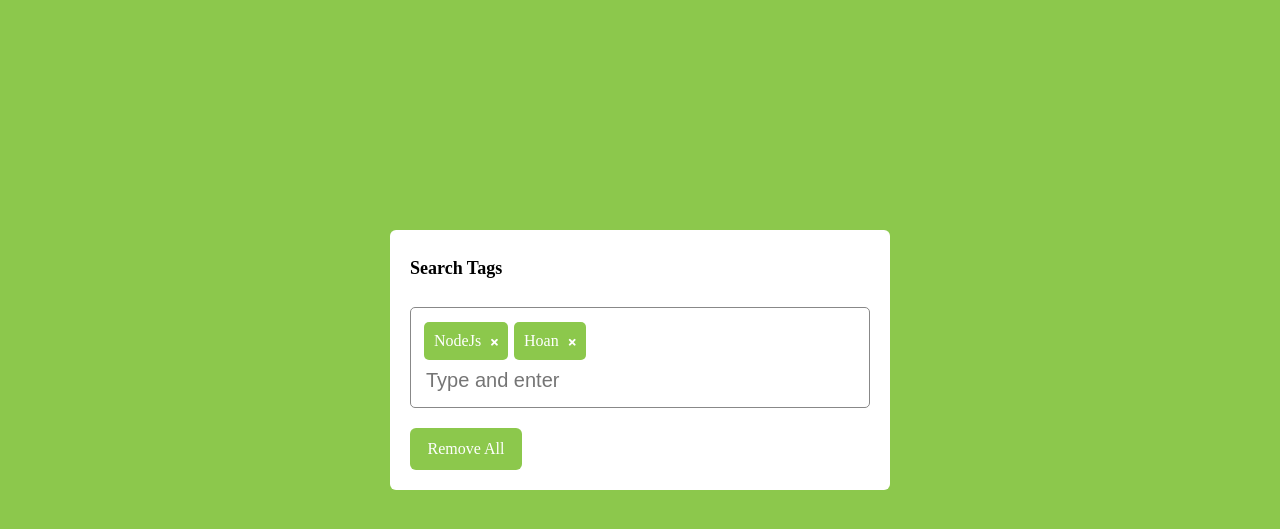
Repository: HoanTiny/30projects-30day
Page: Day 7/index.html
An editor plug-in stored every save of this project. The page is shown before and after the next save, followed by the edit.
The browser window is 1280 px wide. The pictures show the whole page.
Some web libraries are served in a nearby version.

Above is the page before, as saved 2021-12-04 15:21:29.

### Day 7/index.html
<!DOCTYPE html>
<html lang="en">
    <head>
        <meta charset="UTF-8" />
        <meta http-equiv="X-UA-Compatible" content="IE=edge" />
        <meta name="viewport" content="width=device-width, initial-scale=1.0" />
        <title>Day 7 - Search tags</title>
        <link
            rel="stylesheet"
            href="https://use.fontawesome.com/releases/v5.13.0/css/all.css"
            integrity="sha384-Bfad6CLCknfcloXFOyFnlgtENryhrpZCe29RTifKEixXQZ38WheV+i/6YWSzkz3V"
            crossorigin="anonymous"
        />
        <link rel="stylesheet" href="./styles.css" />
    </head>
    <body>
        <div class="search-container">
            <h2 class="heading">Search Tags</h2>
            <ul class="search-history-tags">
                <input type="text" class="input-search" placeholder="Type and enter" />
            </ul>
            <div class="btn-remove">Remove All</div>
        </div>
        <script src="./app.js"></script>
    </body>
</html>

### Day 7/styles.css
* {
    margin: 0 auto;
    box-sizing: border-box;
}

body {
    height: 100vh;
    width: 100%;
    background-color: #8cc84c;
    display: flex;
    align-items: center;
    justify-content: center;
}

.search-container {
    background-color: #fff;
    width: 500px;
    padding: 20px;
    border-radius: 6px;
}

.heading {
    font-size: 18px;
    padding: 8px 0;
}

.search-history-tags {
    display: flex;
    flex-wrap: wrap;
    padding: 10px;
    margin: 20px 0;
    border-radius: 5px;
    border: 1px solid #888;
}

.tags {
    color: #333;
    margin: 4px 3px;
    list-style: none;
    border-radius: 5px;
    background: #8cc84c;
    padding: 10px;
    color: white;
}

.tags i {
    color: #fff;
    cursor: pointer;
    margin-left: 6px;
    font-size: 10px;
}
.input-search {
    flex: 1;
    padding: 5px;
    border: none;
    outline: none;
    font-size: 20px;
}

.btn-remove {
    background-color: #8cc84c;
    width: 112px;
    text-align: center;
    border-radius: 6px;
    padding: 12px 0;
    color: #fff;
    margin: 0;
    cursor: pointer;
}

### Day 7/app.js
var $ = document.querySelector.bind(document);
var $$ = document.querySelectorAll.bind(document);

const btnRemove = $(".btn-remove");
const input = $(".input-search");
const searchMain = $(".search-history-tags");

var searchTags = ["NodeJs", "Hoan"];
createTags();
const iconCloses = $$(".icon-closes");

function createTags() {
    searchMain.innerHTML = "";
    searchTags.map((tag, index) => {
        let liTag = `
        <li class="tags">
            <span>${tag}</span>
            <i class="fas fa-times icon-closes"></i>
        </li>
            `;
        // liTag
        searchMain.innerHTML += liTag;
    });
    searchMain.appendChild(input);
    input.focus();
}

function removeTags() {
    iconCloses.forEach((icon, index) => {
        icon.addEventListener("click", () => {
            console.log("hihi");
            searchTags.splice(index, 1);
        });
        createTags();
    });
}
removeTags();

input.onkeydown = function (event) {
    if (event.key === "Enter") {
        searchTags.push(input.value);
        createTags();
        input.value = "";
    }
};

btnRemove.addEventListener("click", function () {
    searchTags = [];
    createTags();
});

After the next save:
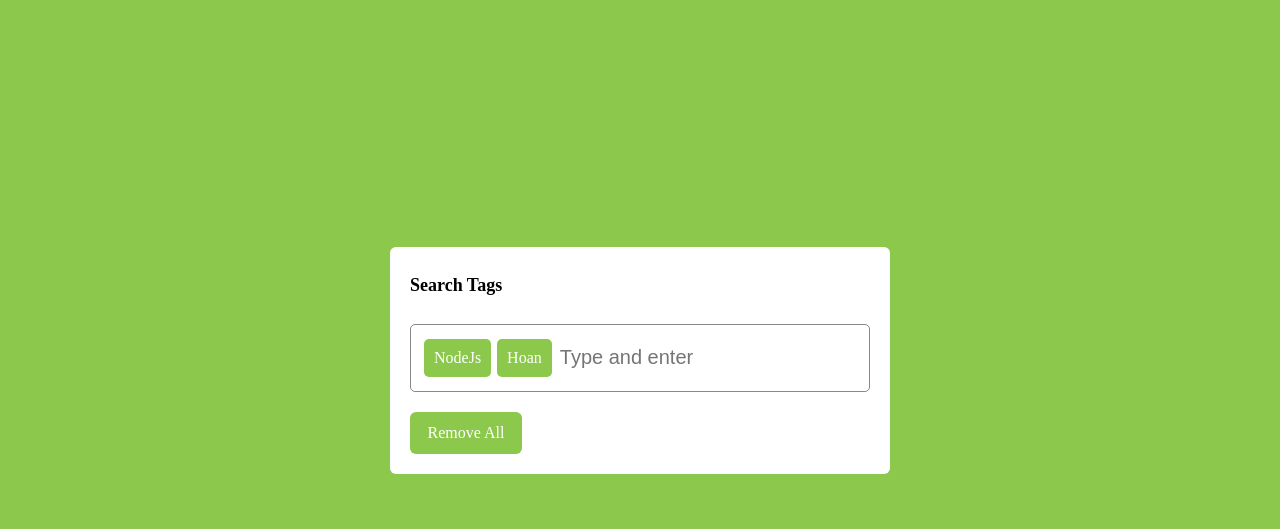
Saved 2 min 14 s later.
--- a/Day 7/app.js
+++ b/Day 7/app.js
@@ -15,7 +15,7 @@
         let liTag = `
         <li class="tags">
             <span>${tag}</span>
-            <i class="fas fa-times icon-closes"></i>
+            <i class="fas fa-times icon-closes" onclick="removeTags(this, '1')></i>
         </li>
             `;
         // liTag
@@ -25,7 +25,7 @@
     input.focus();
 }
 
-function removeTags() {
+function removeTags(index, num) {
     iconCloses.forEach((icon, index) => {
         icon.addEventListener("click", () => {
             console.log("hihi");

After the save that followed:
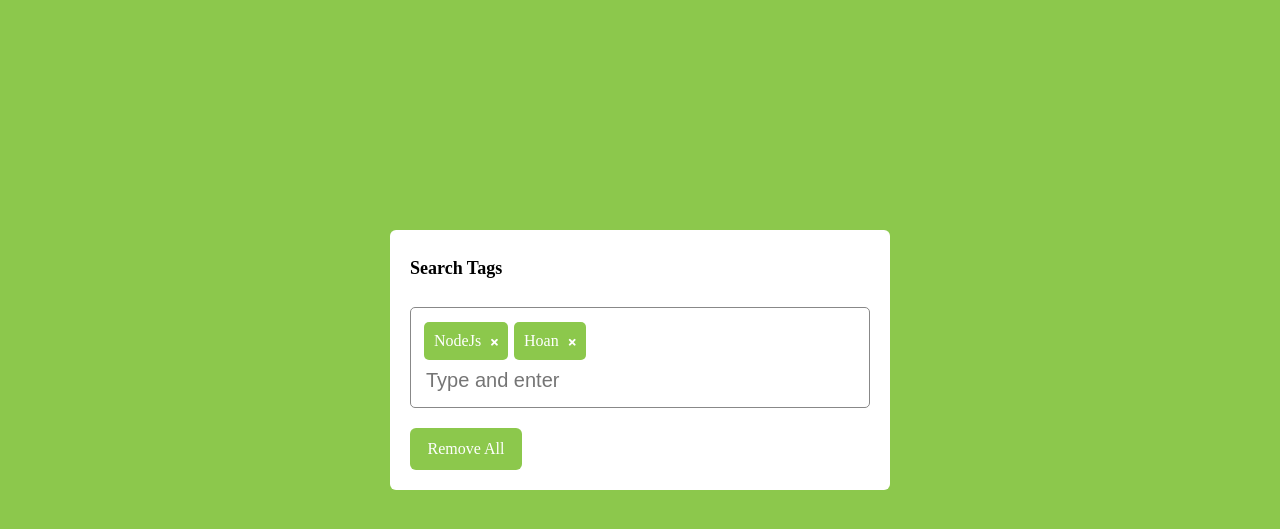
Saved 10 s later.
--- a/Day 7/app.js
+++ b/Day 7/app.js
@@ -15,7 +15,7 @@
         let liTag = `
         <li class="tags">
             <span>${tag}</span>
-            <i class="fas fa-times icon-closes" onclick="removeTags(this, '1')></i>
+            <i class="fas fa-times icon-closes" onclick="removeTags(this, '1')"></i>
         </li>
             `;
         // liTag
